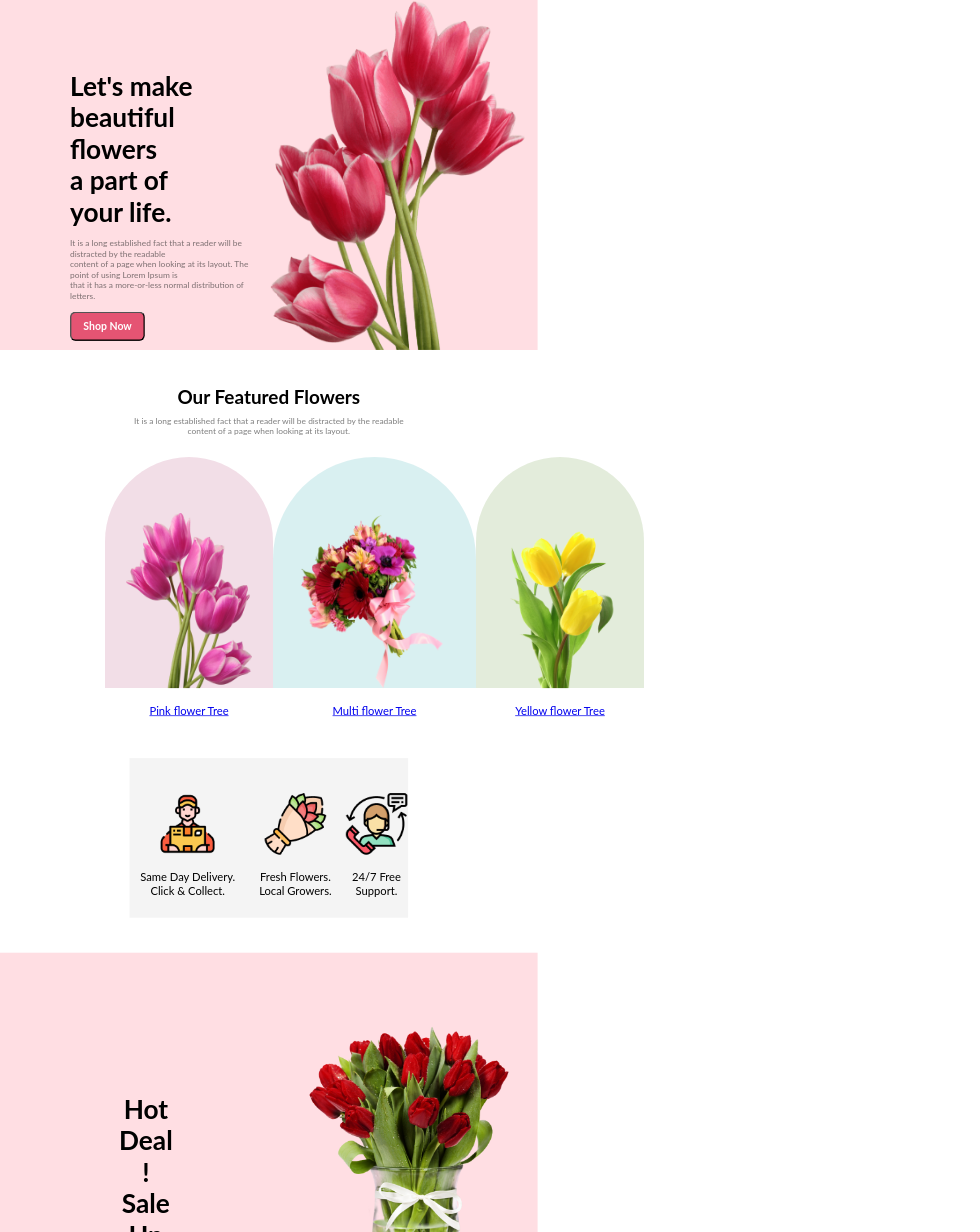
Repository: sadiaafsana138/Flower-Shop_Responsive
Page: index.html
An editor plug-in stored every save of this project. The page is shown before and after the next save, followed by the edit.
The browser window is 768 px wide. The page is 1400 px wide, so the pictures cover 1400 px, including what lies to the right of the window. The pictures show the part of the page from y = 0 to 1760 px (the page is 3529 px tall), at 70% of full size.

Above is the page before, as saved 2023-09-07 05:00:10.

After the next save:
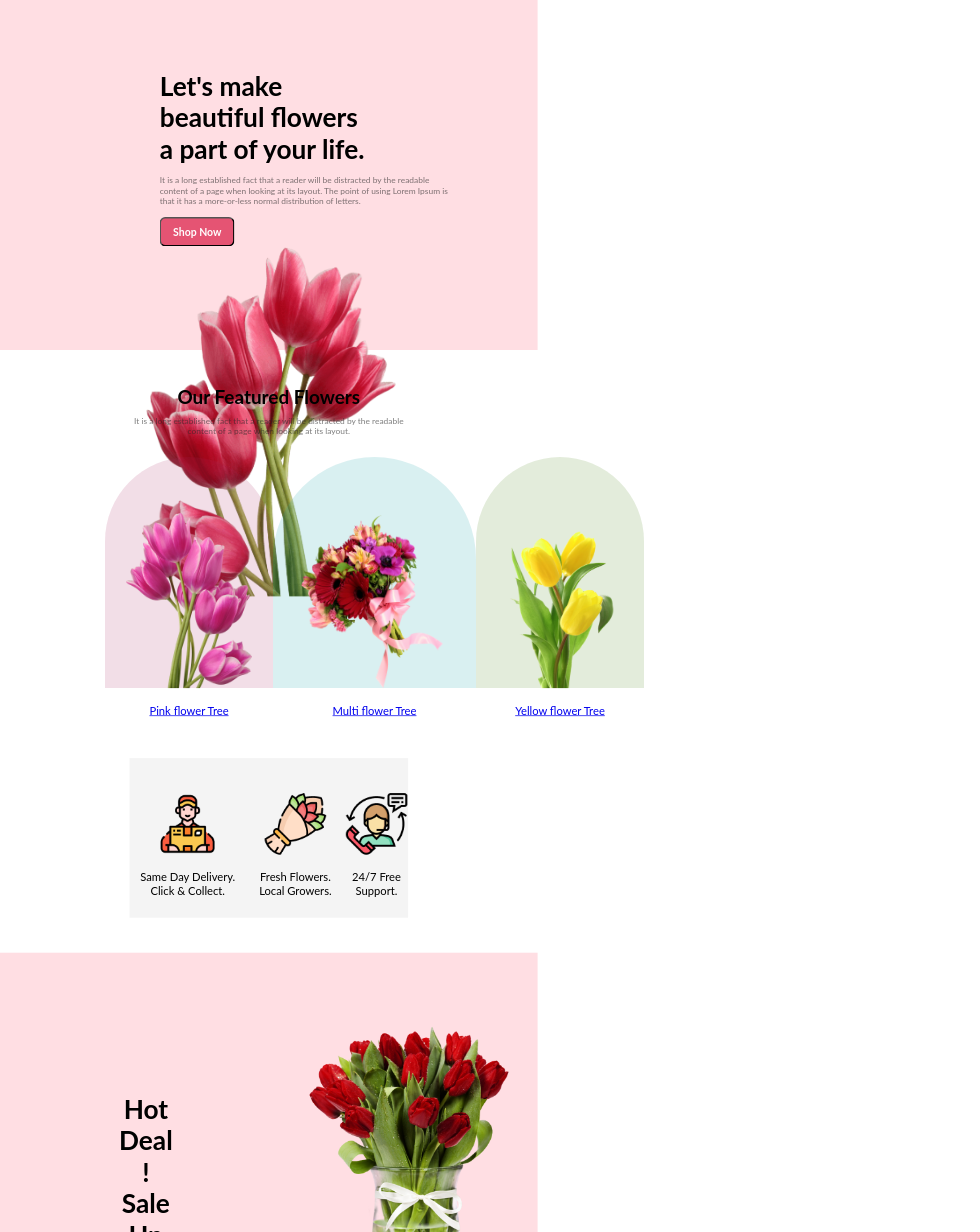
Saved 116 s later.
--- a/Flower.css
+++ b/Flower.css
@@ -169,7 +169,9 @@
 /*Responsive*/
 /*Tab*/
 @media screen and (min-width:768px) and (max-width:992px) {
-
+    .Section1{
+        flex-wrap: wrap
+    }
 }
 
 
@@ -180,5 +182,7 @@
 
 /*Mobile*/
 @media screen and (max-width:768px) {
-
+    .Section1{
+        flex-wrap: wrap
+    }
 }
